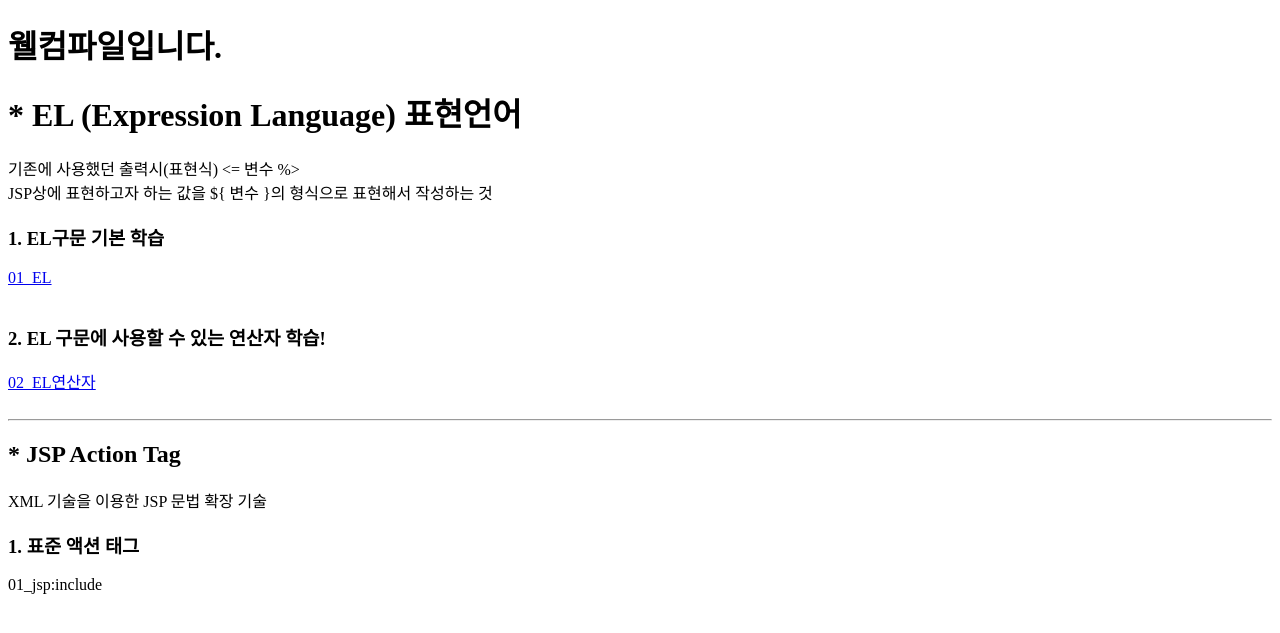
Repository: judeyong/myWebWorkSpace2
Page: http://localhost/Action_Project/
These files come from the project's save history. The page is drawn as it stood at one moment and after the next save; the edit follows.
The browser window is 1280 px wide. The pictures show the whole page.
The page is served by Tomcat 9. Other server files are loaded and not shown.

Above is the page before, as saved 2024-04-03 03:10:45.

### Action_Project/WebContent/index.jsp
<%@ page language="java" contentType="text/html; charset=UTF-8"
    pageEncoding="UTF-8"%>
<!DOCTYPE html>
<html>
<head>
<meta charset="UTF-8">
<title>Insert title here</title>
</head>
<body>
	<h1>웰컴파일입니다.</h1>

	<h1>* EL (Expression Language) 표현언어</h1>

	<p>
		기존에 사용했던 출력시(표현식) &lt;= 변수 %&gt; <br>
		JSP상에 표현하고자 하는 값을 \${ 변수 }의 형식으로 표현해서 작성하는 것
	</p>

	<h3>1. EL구문 기본 학습</h3>
	<a href="/action/el.do">01_EL</a>
	<br><br>

	<h3>2. EL 구문에 사용할 수 있는 연산자 학습!</h3>

	<a href="/action/operation.do">02_EL연산자</a>
	<br><br>

	<hr>

	<!--

		* jsp를 이루는 구성요소

		1. jsp스크립팅요소(스크립틀릿, 표현식, 선언문) : jsp페이지 안에서 자바코드를 직접 기술할 수 있도록 해주는 요소
		2. 지시어 : jsp페이지 정보에 대한 내용을 표현한다거나 (page지시어)
				   또 다른 페이지를 포함할 때 사용(include)
				 -- taglib지시어(라이브러리 추가시 사용 가능)
		3. JSP 액션 태그 : XML기술을 이용하여 기존의 JSP문법을 확장하는 기술을 제공하는 태그
		 			   - 표준 액션 태그(Standard Action Tag)
		 			   : JSP페이지 내에 바로 사용 가능한 태그(별도의 연동이 필요없음, taglib지시어를 사용하지 않음)
		 			   [ 표현법 ]
		 			   &lt;jsp:태그명&gt; &lt;/jsp:태그명&gt;
		 			   => 모든 태그명 앞에 jsp: 이라는 접두어가 붙음
	 -->

	<h2>* JSP Action Tag</h2>

	<p>
		XML 기술을 이용한 JSP 문법 확장 기술
	</p>
	<h3>1. 표준 액션 태그</h3>

	<a>01_jsp:include</a>























</body>
</html>

After the next save:
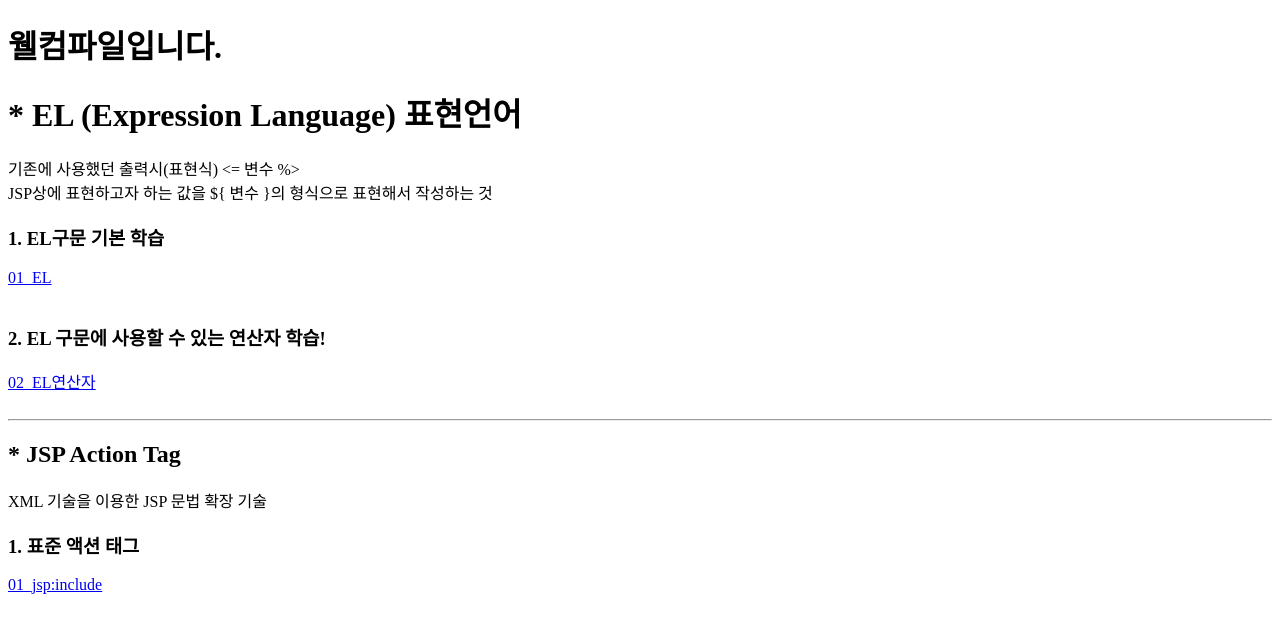
Saved 28 s later.
--- a/Action_Project/WebContent/index.jsp
+++ b/Action_Project/WebContent/index.jsp
@@ -50,7 +50,7 @@
 	</p>
 	<h3>1. 표준 액션 태그</h3>
 
-	<a>01_jsp:include</a>
+	<a href="views/StandardAction/01_include.jsp">01_jsp:include</a>
 
 
 
